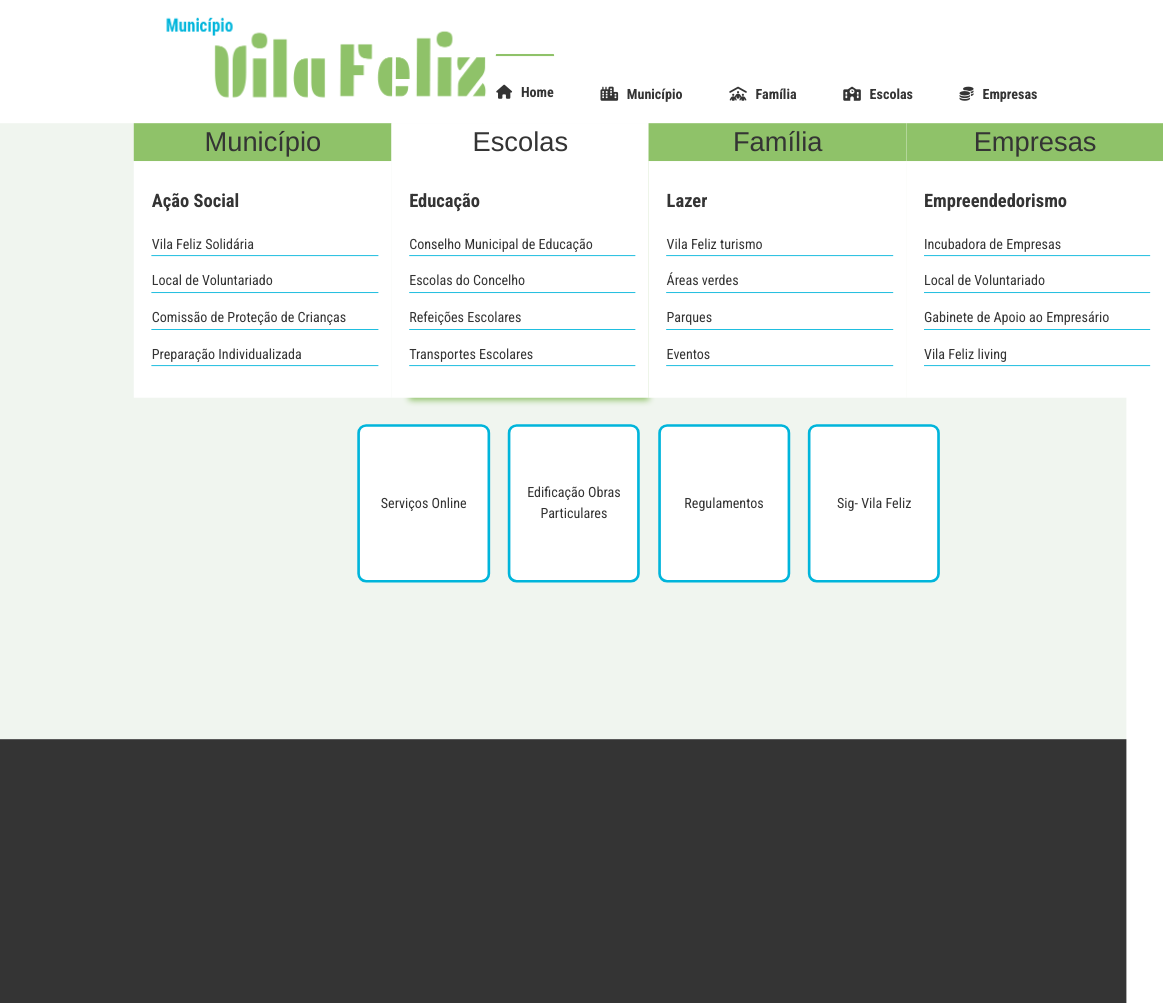
Repository: Goulart94/CmVilaFeliz
Page: municipio.html
The author's editor kept a copy of each file at every save. The page is drawn from the files as they stood at one save, then again after the next save.
The browser window is 1280 px wide. The page is 1322 px wide, so the pictures cover 1322 px, including what lies to the right of the window. The pictures show the whole page, at 88% of full size.
Some web libraries are served in a nearby version. The style sheet was rebuilt from its Sass, Less or Tailwind sources for each picture, by a compiler version that may differ from the author's.

Above is the page before, as saved 2022-05-17 14:14:58.

After the next save:
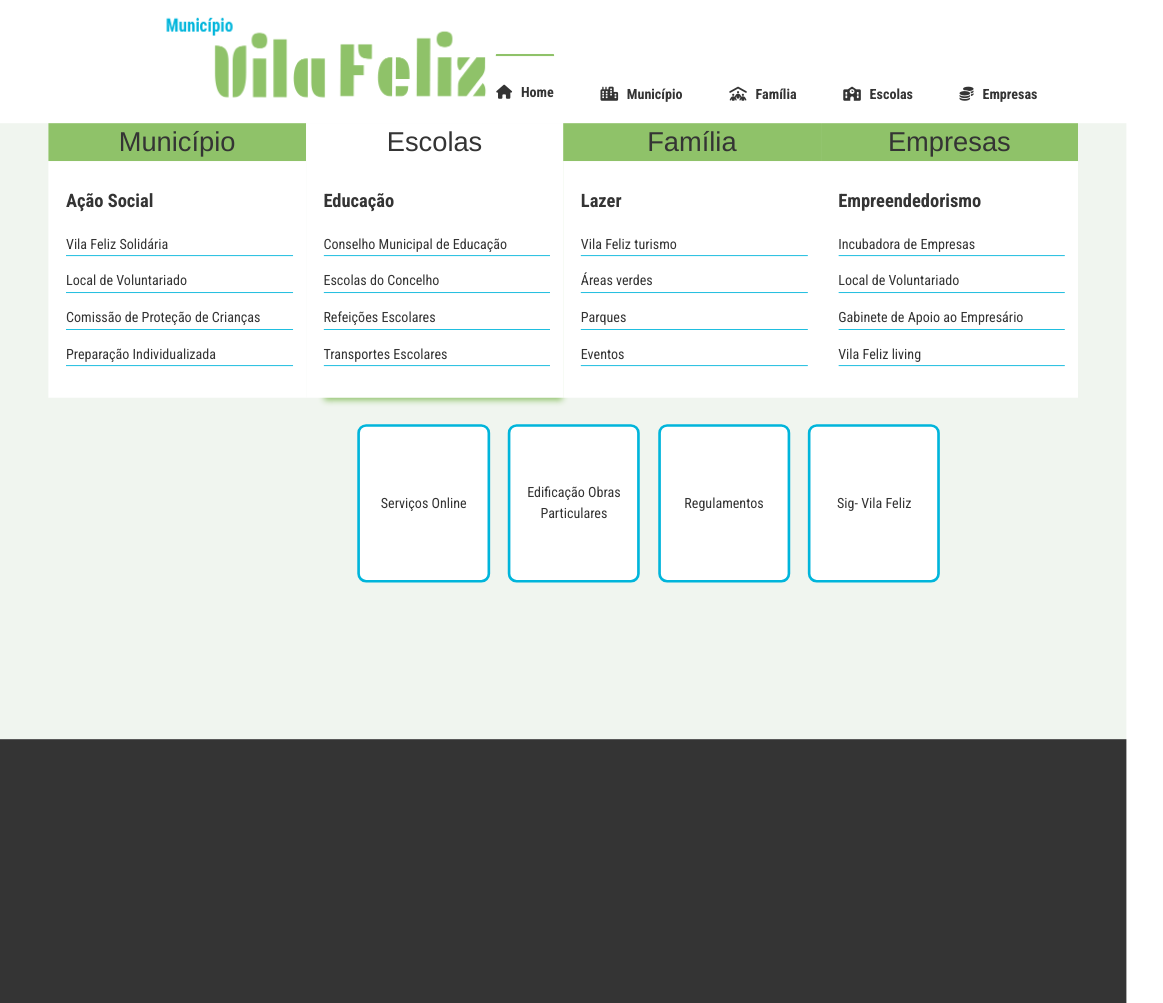
Saved 9 s later.
--- a/municipio.html
+++ b/municipio.html
@@ -37,7 +37,7 @@
   <section class=" containerSection bgGray150">
 
     <div class="contentShortcuts  grid-container ">
-      <div class=" cell small-10 medium-offset-1 large-10  grid-x ">
+      <div class=" cell small-10  large-10  grid-x ">
         <div class=" cell small-3 medium-3 large-3">
           <div class="shortcuts ">
             <h3>Município</h3>
